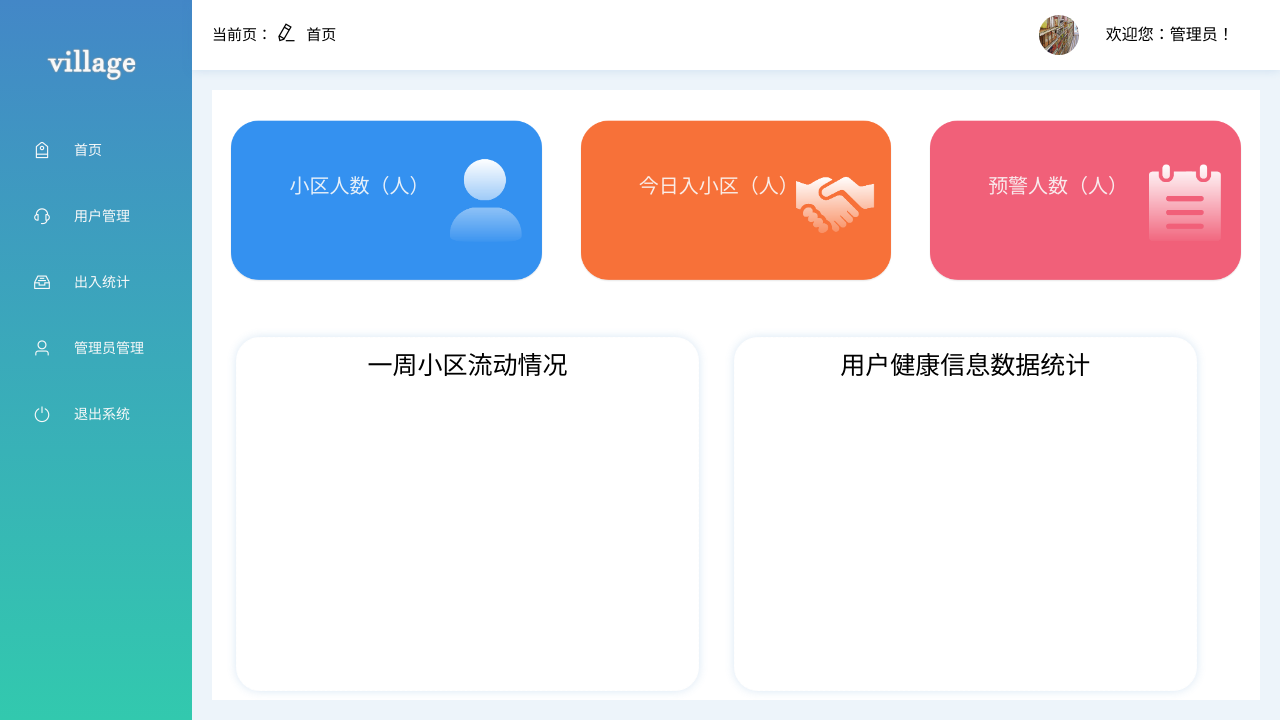
Repository: Aseisman/nongyebao
Page: /#/HomePage
The author's editor kept a copy of each file at every save. The page is drawn from the files as they stood at one save, then again after the next save.
The browser window is 1280 px wide. The pictures show the whole page.
The page's requests for data from a server got no answer. The project was rebuilt for these pictures with package versions that can differ from the ones it lists, and the page was loaded fresh each time. No one was signed in, and anything a server would have sent is missing. Also part of the build but not shown: vue.config.js, src/components/Login.vue, src/components/Access/Access.vue, src/components/RecordManagement/RecordList.vue, src/components/AdminManagement/AdminList.vue, src/components/AdminManagement/AdminAdd.vue, src/components/AdminManagement/AdminChange.vue.

Above is the page before, as saved 2020-06-05 10:40:45.

### src/router/index.js
import Vue from 'vue'
import VueRouter from 'vue-router'
import Login from '../components/Login.vue'
import HomePage from '../components/HomePage.vue'
import Home from '../components/Home.vue'
import UserList from '../components/UserManagement/UserList.vue'
import Access from "../components/Access/Access.vue"
import RecordList from "../components/RecordManagement/RecordList.vue"
import AdminList from "../components/AdminManagement/AdminList.vue"
import AdminAdd from "../components/AdminManagement/AdminAdd.vue"
import AdminChange from "../components/AdminManagement/AdminChange.vue"
Vue.use(VueRouter)

const routes = [{
        path: '/',
        name: 'Login',
        component: Login
    },
    {
        path: "/HomePage",
        name: "HomePage",
        component: HomePage,
        redirect: "/Home",
        children: [{
                path: "/Home",
                name: "Home",
                component: Home,
            },
            {
                path: "/UserList",
                name: "UserList",
                component: UserList,
            },
            {
                path: "/Access",
                name: "Access",
                component: Access,
            },
            {
                path: "/RecordList",
                name: "RecordList",
                component: RecordList,
            },
            {
                path: "/AdminList",
                name: "AdminList",
                component: AdminList,
            },
            {
                path: "/AdminAdd",
                name: "AdminAdd",
                component: AdminAdd,
            },
            {
                path: "/AdminChange",
                name: "AdminChange",
                component: AdminChange,
            }
        ]
    }
]

const router = new VueRouter({
    routes
})

export default router

### src/axios/interface_1.js
import { request } from './index'

export default {
    //登录
    supManLogin: (data) => {
        return request("admin/login", "get", data)
    },
    //首页
    home: () => {
        return request("admin/index", "get", "")
    },
    //管理员列表
    adminList: (data) => {
        return request("admin/administrator", 'get', data)
    },
    //添加管理员
    adminAdd: (data) => {
        return request("admin/administrator", 'post', data)
    },
    //删除
    adminDel: (data) => {
        return request("admin/administrator", 'delete', data)
    },
    //设置/取消超级管理员
    adminSet: (data) => {
        return request("admin/administrator", 'put', data)
    },
    //修改密码
    password: (data) => {
        return request("admin/password", 'put', data)
    },
    //下载管理员excel
    adminExcel: () => {
        return request("admin/administrator/execl", 'get', "")
    },
    //获取用户列表
    userList: (data) => {
        return request("admin/user", 'get', data)
    },
    //设置为检察人员
    persecuter: (data) => {
        return request("admin/user/persecuter", 'put', data)
    },
    //锁定账号
    lock: (data) => {
        return request("admin/user/lock", 'put', data)
    },
    //下载微信用户列表
    userExcel: () => {
        return request("admin/user/execl", 'get', "")
    },
    //获取出入记录
    recordList: (data) => {
        return request("admin/health_record", 'get', data)
    },
    //获取出入记录excel
    recordExcel: () => {
        return request("admin/health_record/execl", 'get', "")
    }
}

### src/components/HomePage.vue
<template>
  <el-container class="container">
    <!-- 旁边 -->
    <el-aside width="15%">
      <!-- brand -->
      <el-image :src="brand" class="brand"></el-image>
      <!-- 列表 -->
      <el-menu
        @open="handleOpen"
        @close="handleClose"
        :collapse="isCollapse"
        background-color="transparent"
        text-color="rgb(249,249,249)"
        active-text-color="rgb(249,249,249)"
        router
        unique-opened
      >
        <!-- <el-submenu index="1">
          <template slot="title">
            <i class="el-icon-location"></i>
            <span slot="title">导航一</span>
          </template>
          <el-menu-item-group>
            <span slot="title">分组一</span>
            <el-menu-item index="1-1">选项1</el-menu-item>
            <el-menu-item index="1-2">选项2</el-menu-item>
          </el-menu-item-group>
          <el-menu-item-group title="分组2">
            <el-menu-item index="1-3">选项3</el-menu-item>
          </el-menu-item-group>
          <el-submenu index="1-4">
            <span slot="title">选项4</span>
            <el-menu-item index="1-4-1">选项1</el-menu-item>
          </el-submenu>
        </el-submenu>-->
        <!-- 首页两个图： 住户人数 一个星期的出入人数（条形统计图） 健康人数比例图（圆形统计图） -->
        <!-- 用户管理有：注册，列表，查看详情，修改账号，锁定账号 -->
        <!-- 输入名字或者什么，查找当前用户的出入数据和健康数据 -->
        <!-- 扫码获取用户信息，并记录当前健康状态 -->
        <el-menu-item
          v-for="(item,i) in navList"
          :key="i"
          :index="item.name"
          @click="changeTitle(item.navItem)"
        >
          <i :class="item.icon"></i>
          <span slot="title">{{item.navItem}}</span>
        </el-menu-item>
        <el-menu-item @click="SignOut()">
          <i class="el-icon-switch-button"></i>
          <span slot="title">退出系统</span>
        </el-menu-item>
      </el-menu>
    </el-aside>
    <el-container>
      <!-- 头部 -->
      <!-- 237, 244, 250 -->
      <el-header height="70px">
        <el-row :gutter="20">
          <el-col :span="18">
            <div style="border-radius: 4px;min-height: 36px;font-size:15px;">
              当前页：
              <i class="el-icon-edit" style="font-size:20px;margin-right:10px;"></i>
              <span slot="title">{{title}}</span>
            </div>
          </el-col>
          <el-col :span="6">
            <div
              style="border-radius: 4px;min-height: 36px;display: flex;justify-content: space-evenly; align-items: center"
            >
              <el-image :src="avator" class="avator"></el-image>欢迎您：管理员！
            </div>
          </el-col>
        </el-row>
      </el-header>
      <!-- main -->
      <el-main>
        <router-view />
      </el-main>
    </el-container>
  </el-container>
</template>

<script>
export default {
  data: function() {
    return {
      brand: require("../assets/images/brand.png"),
      msg: "Welcome to Your Vue.js App",
      avator: require("../assets/images/avator.jpg"),
      down: require("../assets/images/down.png"),
      isCollapse: false,
      navList: [
      ],
      title: "首页"
    };
  },
  methods: {
    handleOpen(key, keyPath) {
      console.log(key, keyPath);
    },
    handleClose(key, keyPath) {
      console.log(key, keyPath);
    },
    changeTitle(name) {
      this.title = name;
    },
    SignOut:function(){
      //删除本地token，
      //跳到登录界面
      this.$router.push("/")
    }
  },
  mounted() {
    //功能显示
    this.navList=[{ name: "/Home", navItem: "首页", icon: "el-icon-discount" },
        { name: "/UserList", navItem: "用户管理", icon: "el-icon-service" },
        { name: "Access", navItem: "出入统计", icon: "el-icon-receiving" },
        { name: "/AdminList", navItem: "管理员管理", icon: "el-icon-user" }];
    //标题的显示
    switch (this.$route.name) {
      case "UserList":
        this.title="用户管理";
        break;
      case "Home":
        this.title="首页"
        break;
      case "Access":
        this.title="出入统计"
        break;
      case "RecordList":
        this.title="健康记录"
        break;
      case "AdminList":
        this.title="管理员管理"
        break;
      case "AdminAdd":
        this.title="管理员添加"
    }
  }
};
</script>

<style scoped>
.container {
  height: 100%;
  background: rgb(237, 244, 250);
}
.el-aside {
  background: linear-gradient(
    rgb(67, 135, 199),
    rgb(58, 170, 186),
    rgb(50, 201, 174)
  );
  color: white;
  height: 100%;
}
.brand {
  width: 64%;
  margin-top: 40px;
  margin-left: 16%;
  margin-bottom: 20px;
}
.el_submenu__title:hover,
.el-submenu:hover,
.el-menu-item:hover {
  background-color: rgba(255, 255, 255, 0.4) !important ;
}
.el-menu {
  border-right: 0 !important;
}
.el-menu-item {
  margin-top: 10px;
}
.el-menu-item i {
  color: inherit;
  margin-right: 20px;
  margin-left: 10px;
}
.el-header {
  background: rgb(255, 255, 255);
  box-shadow: 0px 0px 10px rgb(67, 135, 199, 0.2);
  line-height: 70px;
}
.avator {
  height: 40px;
  width: 40px;
  border-radius: 50%;
}
.el-main {
  padding: 0;
  margin: 20px;
  background: rgb(255, 255, 255);
}
/* background: -moz-linear-gradient(top, #000000 0%, #ffffff 100%);
    background: -webkit-gradient(linear, left top, left bottom, color-stop(0%,#000000), color-stop(100%,#ffffff));
    background: -webkit-linear-gradient(top, #000000 0%,#ffffff 100%);
    background: -o-linear-gradient(top, #000000 0%,#ffffff 100%);
    background: -ms-linear-gradient(top, #000000 0%,#ffffff 100%);
    background: linear-gradient(to bottom, #000000 0%,#ffffff 100%); */
</style>

### src/components/Home.vue
<template>
  <div>
    <!-- 总住户人数 -->
    <!-- 今日进入小区人数 -->
    <!-- 预警人员 -->
    <div style="display:flex;justify-content: space-around;margin-top: 30px;">
      <div style="width:30%;position:relative;">
        <img src="../assets/images/bg-img-1.png" alt style="width: 100%;" />
        <div style="position: absolute;top: 50px;left: 60px;">
          <div style="color: rgba(249,249,249,0.9);font-size: 20px;margin-bottom: 15px;">小区人数（人）</div>
          <div style="color: rgba(249,249,249,0.9);font-size: 30px;">{{homeData.total}}</div>
        </div>
      </div>
      <div style="width:30%;position:relative;">
        <img src="../assets/images/bg-img-3.png" alt style="width: 100%;" />
        <div style="position: absolute;top: 50px;left: 60px;">
          <div style="color: rgba(249,249,249,0.9);font-size: 20px;margin-bottom: 15px;">今日入小区（人）</div>
          <div style="color: rgba(249,249,249,0.9);font-size: 30px;">{{homeData.entry}}</div>
        </div>
      </div>
      <div style="width:30%;position:relative;">
        <img src="../assets/images/bg-img-4.png" alt style="width: 100%;" />
        <div style="position: absolute;top: 50px;left: 60px;">
          <div style="color: rgba(249,249,249,0.9);font-size: 20px;margin-bottom: 15px;">预警人数（人）</div>
          <div style="color: rgba(249,249,249,0.9);font-size: 30px;">{{homeData.atention}}</div>
        </div>
      </div>
    </div>
    <!-- <div>一周出入情况</div> -->
    <div style="margin-top:50px;margin-left:24px;">
      <div
        style="width: 45%;text-align: center;border-radius: 24px;box-shadow: 0px 0px 10px rgb(67, 135, 199, 0.2);border: 1px dashed rgba(249,249,249,0.4);float:left;"
      >
        <div style="font-size: 25px;margin-top: 7px;">一周小区流动情况</div>
        <div id="myFirstChart" style="width:100%;height:309px;"></div>
      </div>
    </div>
    <!-- 一周健康信息数据统计 -->
    <div style="margin-top:50px;margin-left:24px;">
      <div
        style="width: 45%;text-align: center;border-radius: 24px;box-shadow: 0px 0px 10px rgb(67, 135, 199, 0.2);border: 1px dashed rgba(249,249,249,0.4);float:left;margin-left: 35px;"
      >
        <div style="font-size: 25px;margin-top: 7px;">用户健康信息数据统计</div>
        <div id="mySecondChart" style="width:100%;height:309px;"></div>
      </div>
    </div>
  </div>
</template>

<script>
import echarts from "echarts";
export default {
  data() {
    return {
      homeData: ""
    };
  },
  mounted() {
    var that = this;
    this.$axios.home().then(res => {
      console.log(res);
      that.homeData = res.data;
      var date = [];
      var val1 = [];
      for (let i in res.data.population) {
        val1.push(res.data.population[i].val);
        date.push(res.data.population[i].date);
      }
      this.getChart(date, val1, res.data.status);
    });
  },
  updated() {
    // var myFirstChart = echarts.init(document.getElementById("myFirstChart"));
    // var mySecondChart = echarts.init(document.getElementById("mySecondChart"));
    // myFirstChart.resize();
    // mySecondChart.resize();
  },
  methods: {
    getChart(date1, val1, val2) {
      var myFirstChart = echarts.init(document.getElementById("myFirstChart"));
      var mySecondChart = echarts.init(
        document.getElementById("mySecondChart")
      );
      let option = {
        color: ["#3398DB"],
        tooltip: {
          trigger: "axis",
          axisPointer: {
            type: "shadow"
          }
        },
        grid: {
          left: "3%",
          right: "4%",
          bottom: "3%",
          containLabel: true
        },
        xAxis: [
          {
            type: "category",
            // data: ["Mon", "Tue", "Wed", "Thu", "Fri", "Sat", "Sun"],
            data: date1,
            axisTick: {
              alignWithLabel: true
            }
          }
        ],
        yAxis: [
          {
            type: "value"
          }
        ],
        series: [
          {
            name: "人数",
            type: "bar",
            barWidth: "60%",
            // encode:{x:0,y:1}
            // data: [10, 23, 34, 64, 111, 23, 34, 22]
            data: val1
          }
        ]
      };
      let option2 = {
        tooltip: {
          trigger: "item",
          formatter: "{a} <br/>{b} : {c} ({d}%)"
        },
        legend: {
          prient: "vertical",
          left: "left",
          data: ["体温正常", "体温预警", "已生病"]
        },
        series: [
          {
            name: "小区范围内",
            type: "pie",
            barWidth: "55%",
            center: ["50%", "60%"],
            data: [
              { value: val2[0], name: "体温正常" },
              { value: val2[1], name: "体温预警" },
              { value: val2[2], name: "已生病" }
            ],
            emphasis: {
              itemStyle: {
                shadowBlur: 10,
                shadowOffsetX: 0,
                shadowColor: "rgba(0,0,0,0.5)"
              }
            }
          }
        ]
      };
      myFirstChart.setOption(option);
      window.addEventListener("resize", () => {
        console.log("开始resize");
        myFirstChart.resize();
      });
      mySecondChart.setOption(option2);
      window.addEventListener("resize", () => {
        console.log("开始resize");
        mySecondChart.resize();
      });
    }
  }
};
</script>

<style>
</style>

### src/components/UserManagement/UserList.vue
<template>
  <div>
    <!-- 搜索框+注册 -->
    <!-- <el-input placeholder="输入用户姓名、身份证进行查找" suffix-icon="el-icon-search" style="width: 30%;background: rgb(238, 240, 244);height: 34px;">
    </el-input>-->
    <div style="margin-top: 20px;width:100%;">
      <input
        type="text"
        placeholder="输入用户姓名、身份证进行查找"
        style="width: 30%;background: rgb(238, 240, 244);height: 34px;border-radius: 6px;margin-left: 3%;padding-left: 10px;"
      />
      <el-select v-model="value" placeholder="请选择" style="right:-345px;">
        <el-option
          v-for="item in options"
          :key="item.value"
          :label="item.label"
          :value="item.value"
        ></el-option>
      </el-select>
      <el-button
        @click="exportExcel"
        type="primary"
        icon="el-icon-connection"
        style="width: 110px;height: 34px;padding: 0px;background-color: rgb(48, 208, 172);border-color: rgb(48, 208, 172);line-height: 34px;position: relative;right: -410px;}"
      >Excel导出</el-button>
    </div>
    <!-- table -->
    <div style="width: 95%;margin-left: 2.5%;margin-top: 30px;border-top: 1px solid #EBEEF5;">
      <el-table
        :data="tableData"
        :header-cell-style="{'text-align':'center'}"
        :cell-style="{'text-align':'center'}"
        style="width: 100%"
        id="userTable"
      >
        <el-table-column
          prop="is_regident"
          label="住户类型"
          width="120"
          :formatter="formatRegident"
          sortable
        ></el-table-column>
        <el-table-column prop="status" label="健康状态" width="100" sortable></el-table-column>
        <el-table-column prop="name" label="真实姓名" width="150"></el-table-column>
        <el-table-column prop="gender" label="性别" width="50" :formatter="formatSex"></el-table-column>
        <el-table-column prop="idCard" label="身份证" width="220"></el-table-column>
        <el-table-column prop="room_number" label="住户房号" width="120" sortable></el-table-column>
        <el-table-column prop="access_number" label="出入次数" width="120" sortable></el-table-column>
        <!-- <el-table-column prop="is_lock" label="状态" width="100" :formatter="formatLock" sortable></el-table-column> -->
        <el-table-column prop="is_prosecutor" label="检察人员" width="140">
          <template slot-scope="scope">
            <el-switch
              active-color="#5B7BFA"
              inactive-color="#dadde5"
              active-value="1"
              inactive-value="0"
              v-model="scope.row.is_prosecutor"
              @change="change(scope.$index,scope.row)"
            ></el-switch>
          </template>
        </el-table-column>
        <el-table-column label="状态" prop="lock" :formatter="formatLock">
          <template slot-scope="scope">
            <!-- <el-button
              @click.native.prevent="deleteRow(scope.$index, tableData)"
              type="text"
              size="small"
              style="font-size: 15px;"
            >修改</el-button>-->
            <!-- <el-divider direction="vertical"></el-divider> -->
            <el-button
              @click.native.prevent="deleteRow(scope.$index, tableData)"
              type="text"
              size="small"
              style="font-size: 15px;"
              @mouseenter.native="mouseIn(scope)"
              @mouseleave.native="mouseOut(scope)"
            >{{scope.row.lock}}</el-button>
            <!-- <el-divider direction="vertical"></el-divider>
            <el-button
              @click.native.prevent="deleteRow(scope.$index, tableData)"
              type="text"
              size="small"
              style="font-size: 15px;"
            >删除</el-button>-->
          </template>
        </el-table-column>
      </el-table>
      <el-pagination background layout="prev, pager, next" :total="1000"></el-pagination>
    </div>
  </div>
</template>

<script>
// 引入导出Excel表格依赖
import FileSaver from "file-saver";
import XLSX from "xlsx";
export default {
  data() {
    return {
      tableData: [
        {
          status: "健康",
          name: "王小虎",
          gender: "1", //性别
          idCard: "330200304545340564",
          room_number: "20202", //住户房号
          access_number: "10", //出入次数
          is_prosecutor: "0", //检察人员
          is_regident: "1", //小区人员
          is_lock: "0", //锁定
          lock:"正常"
        },
        {
          status: "健康",
          name: "王小虎",
          gender: "0", //性别
          idCard: "330200304545340567",
          room_number: "20202", //住户房号
          access_number: "10", //出入次数
          is_prosecutor: "1", //检察人员
          is_regident: "1", //小区人员
          is_lock: "1", //锁定
          lock:"已锁定",
        },
        {
          status: "健康",
          name: "王小虎",
          gender: "1", //性别
          idCard: "330200304545340167",
          room_number: "20203", //住户房号
          access_number: "10", //出入次数
          is_prosecutor: "1", //检察人员
          is_regident: "1", //小区人员
          is_lock: "1", //锁定
          lock:"已锁定",
        },
        {
          status: "健康",
          name: "王小虎",
          gender: "1", //性别
          idCard: "330200334545340567",
          room_number: "20302", //住户房号
          access_number: "10", //出入次数
          is_prosecutor: "1", //检察人员
          is_regident: "1", //小区人员
          is_lock: "1", //锁定
          lock:"已锁定",
        },
        {
          status: "健康",
          name: "王小虎",
          gender: "1", //性别
          idCard: "330200304545340567",
          room_number: "19202", //住户房号
          access_number: "10", //出入次数
          is_prosecutor: "1", //检察人员
          is_regident: "1", //小区人员
          is_lock: "1", //锁定
          lock:"已锁定",
        },
        {
          status: "健康",
          name: "王小虎",
          gender: "1", //性别
          idCard: "330200304545340567",
          room_number: "20702", //住户房号
          access_number: "10", //出入次数
          is_prosecutor: "1", //检察人员
          is_regident: "1", //小区人员
          is_lock: "1", //锁定
          lock:"已锁定",
        },
        {
          status: "健康",
          name: "王小虎",
          gender: "1", //性别
          idCard: "330200304545340567",
          room_number: "无", //住户房号
          access_number: "10", //出入次数
          is_prosecutor: "1", //检察人员
          is_regident: "0", //小区人员
          is_lock: "1", //锁定
          lock:"已锁定",
        }
      ],
      options: [
        {
          value: "选项1",
          label: "全部"
        },
        {
          value: "选项2",
          label: "住户"
        },
        {
          value: "选项3",
          label: "检查人员"
        },
        {
          value: "选项4",
          label: "外来人员"
        }
      ],
      value: "选项1"
    };
  },
  methods: {
    //导出excel
    exportExcel() {
      /* 从表生成工作簿对象 */
      var wb = XLSX.utils.table_to_book(document.querySelector("#userTable"));
      /* 获取二进制字符串作为输出 */
      var wbout = XLSX.write(wb, {
        bookType: "xlsx",
        bookSST: true,
        type: "array"
      });
      try {
        FileSaver.saveAs(
          //Blob 对象表示一个不可变、原始数据的类文件对象。
          //Blob 表示的不一定是JavaScript原生格式的数据。
          //File 接口基于Blob，继承了 blob 的功能并将其扩展使其支持用户系统上的文件。
          //返回一个新创建的 Blob 对象，其内容由参数中给定的数组串联组成。
          new Blob([wbout], { type: "application/octet-stream" }),
          //设置导出文件名称
          "sheetjs.xlsx"
        );
      } catch (e) {
        if (typeof console !== "undefined") console.log(e, wbout);
      }
      return wbout;
    },
    //表格性别判断
    formatSex: function(row, column, cellValue) {
      if (cellValue === "1") {
        return "女";
      } else if (cellValue === "0") {
        return "男";
      }
    },
    formatLock: function(row, column, cellValue) {
      if (cellValue === "1") {
        return "已锁定";
      } else if (cellValue === "0") {
        return "正常";
      }
    },
    formatRegident: function(row, column, cellValue) {
      if (cellValue === "1") {
        return "住户";
      } else if (cellValue === "0") {
        return "外来人员";
      }
    },
    mouseIn:function(l){
      if(this.tableData[l.$index].is_lock==0){
        this.tableData[l.$index].lock="锁定"
      }else{
        this.tableData[l.$index].lock="解锁"
      }
      // this.tableData[l.$index].lock="解锁"
    },
    mouseOut:function(l){
      if(this.tableData[l.$index].is_lock==0){
        this.tableData[l.$index].lock="正常"
      }else{
        this.tableData[l.$index].lock="已锁定"
      }

    }
  }
};
</script>
<style>
input {
  border: 0px;
  background-color: none;
  outline: none;
}
input:focus {
  outline: none;
}
::-webkit-input-placeholder {
  /*Chrome/Safari*/
  color: rgb(184, 188, 196);
}
::-moz-placeholder {
  /*Firefox*/
  color: rgb(184, 188, 196);
}
::-ms-input-placeholder {
  /*IE*/
  color: rgb(184, 188, 196);
}
.el-pagination.is-background .el-pager li:not(.disabled).active {
  background-color: rgb(91, 123, 250) !important;
}
.el-pagination.is-background .el-pager li:hover {
  color: rgb(91, 123, 250) !important;
}
.el-pagination {
  margin: 30px;
  float: right;
}
</style>

Loaded but not shown: public/index.html (common file); src/main.js (common file); src/App.vue (common file); src/store/index.js (common file); src/plugins/element.js (163 lines, source omitted); src/axios/index.js (97 lines, source omitted)

After the next save:
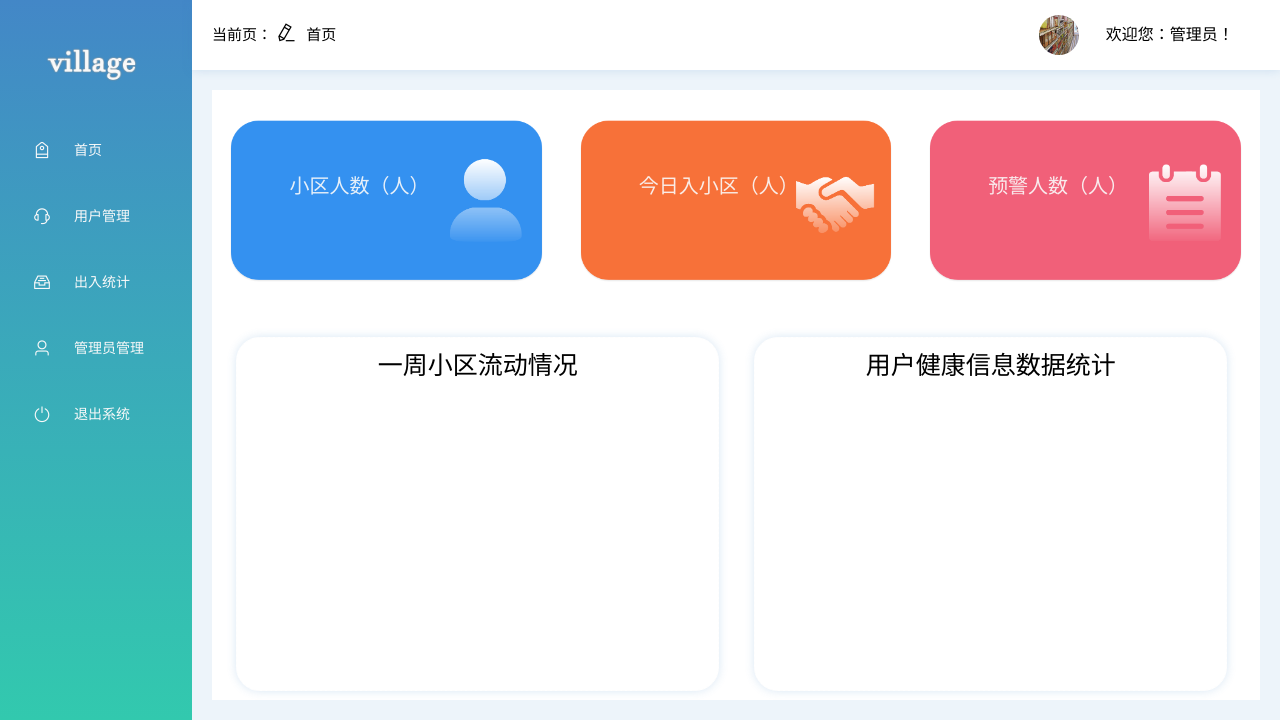
Saved 17 s later.
--- a/src/components/Home.vue
+++ b/src/components/Home.vue
@@ -29,7 +29,7 @@
     <!-- <div>一周出入情况</div> -->
     <div style="margin-top:50px;margin-left:24px;">
       <div
-        style="width: 45%;text-align: center;border-radius: 24px;box-shadow: 0px 0px 10px rgb(67, 135, 199, 0.2);border: 1px dashed rgba(249,249,249,0.4);float:left;"
+        style="width: 47%;text-align: center;border-radius: 24px;box-shadow: 0px 0px 10px rgb(67, 135, 199, 0.2);border: 1px dashed rgba(249,249,249,0.4);float:left;"
       >
         <div style="font-size: 25px;margin-top: 7px;">一周小区流动情况</div>
         <div id="myFirstChart" style="width:100%;height:309px;"></div>
@@ -38,7 +38,7 @@
     <!-- 一周健康信息数据统计 -->
     <div style="margin-top:50px;margin-left:24px;">
       <div
-        style="width: 45%;text-align: center;border-radius: 24px;box-shadow: 0px 0px 10px rgb(67, 135, 199, 0.2);border: 1px dashed rgba(249,249,249,0.4);float:left;margin-left: 35px;"
+        style="width: 46%;text-align: center;border-radius: 24px;box-shadow: 0px 0px 10px rgb(67, 135, 199, 0.2);border: 1px dashed rgba(249,249,249,0.4);float:left;margin-left: 35px;"
       >
         <div style="font-size: 25px;margin-top: 7px;">用户健康信息数据统计</div>
         <div id="mySecondChart" style="width:100%;height:309px;"></div>
